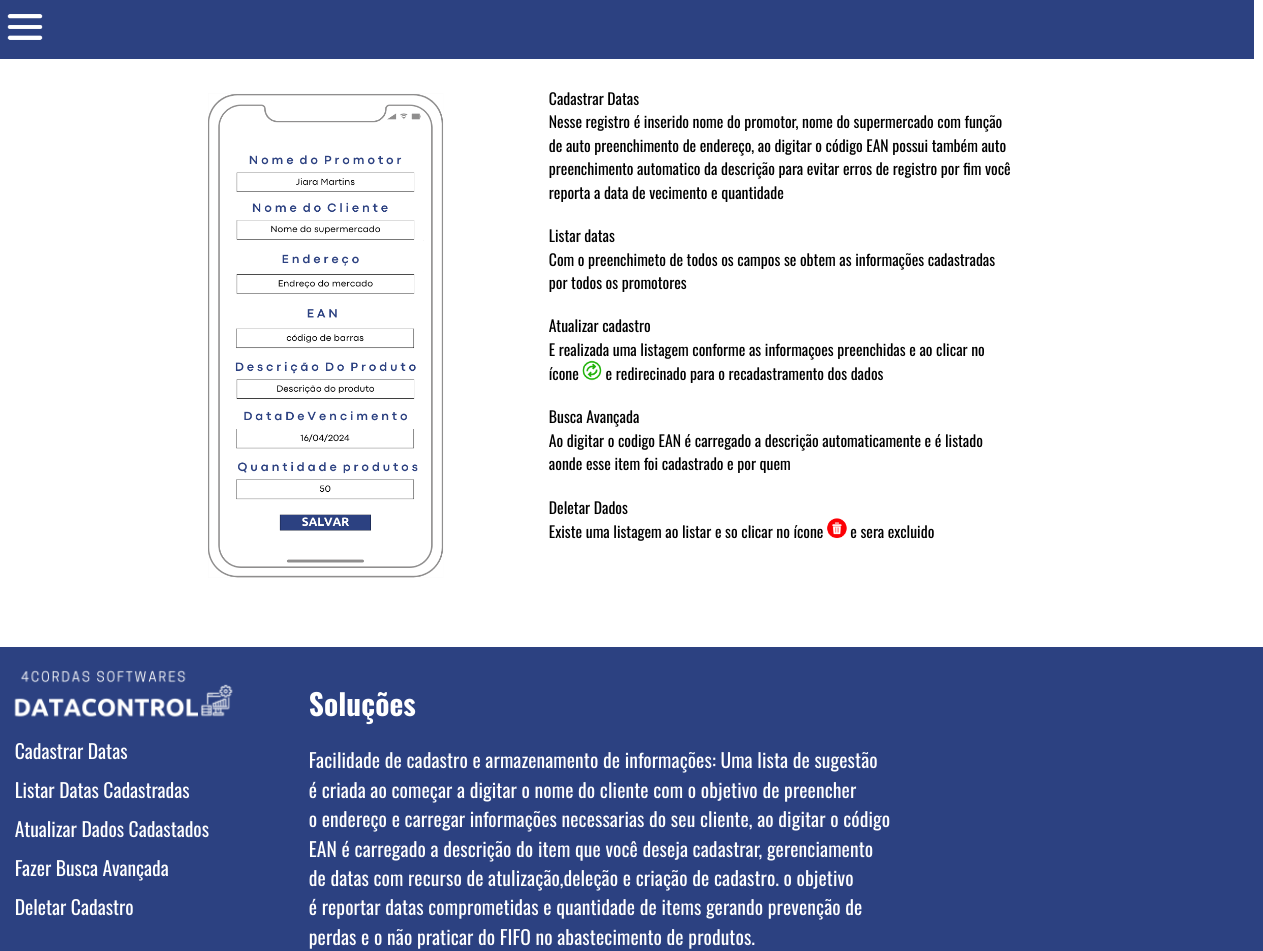
Repository: alfredo-allan/ControleDeDatasFrontEnd
Page: index.html
The author's editor kept a copy of each file at every save. The page is drawn from the files as they stood at one save, then again after the next save.
The browser window is 1280 px wide. The page is 1289 px wide, so the pictures cover 1289 px, including what lies to the right of the window. The pictures show the whole page, at 98% of full size.

Above is the page before, as saved 2024-04-30 14:41:06.
Console error: TypeError: Cannot read properties of null (reading 'addEventListener')

### index.html
<!DOCTYPE html>
<html lang="pt-BR">
  <head>
    <meta charset="UTF-8" />
    <meta name="viewport" content="width=device-width, initial-scale=1.0" />
    <link rel="stylesheet" href="./style/style.css" />
    <link rel="preconnect" href="https://fonts.googleapis.com" />
    <link rel="preconnect" href="https://fonts.gstatic.com" crossorigin />
    <link
      href="https://fonts.googleapis.com/css2?family=Oswald:wght@200..700&display=swap"
      rel="stylesheet"
    />
    <title>Controle de Datas</title>
  </head>
  <body>
    <div class="header">
      <div id="menu-icon">
        <img id="icon-menu" src="./images/barra-de-menu.png" alt="" />
      </div>
      <div id="titulo">
        <!-- <h1>Controle De Datas</h1> -->
      </div>
      <div id="menu-options">
        <ul>
          <!-- <img id="usuario" src="./images/usuario-exemplo.jpg" alt="" /> -->
          <a href="pages/cadastro.html"><li>Cadastrar Datas</li></a>
          <a href="pages/listagem.html"><li>Listar Datas</li></a>
          <a href="pages/atualizar.html"><li>Atualizar Cadastro</li></a>
          <a href="pages/buscaavancada.html"><li>Busca Avançada</li></a>
          <a href="pages/deletar.html"><li>Deletar Dados</li></a>
        </ul>
      </div>
    </div>
    <img id="instrucao" src="./images/CadastrarDatas.png" alt="">
    <div class="coluna">
    <ul>
      <span>Cadastrar Datas</span>
      <li>Nesse registro é inserido nome do promotor, nome do supermercado com função de auto preenchimento de endereço, ao digitar o código EAN possui também auto preenchimento automatico da descrição para evitar erros de registro por fim você reporta a data de vecimento e quantidade</li>
      <span>Listar datas</span>
      <li>Com o preenchimeto de todos os campos se  obtem as informações cadastradas por todos os promotores</li>
      <span>Atualizar cadastro</span>
      <li>E realizada uma listagem conforme as informaçoes preenchidas e ao clicar no ícone <img src="./images/repetir.png" alt=""> e redirecinado para o recadastramento dos dados</li>
      <span>Busca Avançada</span>
      <li>Ao digitar o codigo EAN é carregado a descrição automaticamente e é listado aonde esse item foi cadastrado e por quem</li>
      <span>Deletar Dados</span>
      <li>Existe uma listagem ao listar e so clicar no ícone <img src="./images/excluir.png" alt=""> e sera excluido</li>
    </ul>
    </div>
    </div>
    <div class="footer">
      <div id="mapa" class="col-sm-6">
        <img id="tootext" src="./images/data.png" alt="" />
        <ul id="mapadosite">
          <a href="./pages/cadastro.html"><li>Cadastrar Datas</li></a>
          <a href="./pages/listagem.html"><li>Listar Datas Cadastradas</li></a>
          <a href="./pages/atualizar.html"
            ><li>Atualizar Dados Cadastados</li></a
          >
          <a href="./pages/buscaavancada.html"><li>Fazer Busca Avançada</li></a>
          <a href="./pages/deletar.html"><li>Deletar Cadastro</li></a>
        </ul>
      </div>
      <div id="solucao" class="col-sm-6">
        <span>Soluções</span>
        <p>
          Facilidade de cadastro e armazenamento de informações: Uma lista de
          sugestão <br />
          é criada ao começar a digitar o nome do cliente com o objetivo de
          preencher <br />
          o endereço e carregar informações necessarias do seu cliente, ao
          digitar o código <br />
          EAN é carregado a descrição do item que você deseja cadastrar,
          gerenciamento <br />
          de datas com recurso de atulização,deleção e criação de cadastro. o
          objetivo <br />
          é reportar datas comprometidas e quantidade de items gerando prevenção
          de <br />
          perdas e o não praticar do FIFO no abastecimento de produtos.
        </p>
      </div>
    </div>
  </body>
  <script src="./js/script.js"></script>
</html>

### style/style.css
:root {
  --cor-azul: rgb(44, 65, 129);
  --oswald-font: "Oswald", sans-serif;
  --luthier-font: "Luthier";
}

body {
  font-family: var(--oswald-font);
}

@font-face {
  font-family: "Luthier";
  src: url("../fonts/LuthierFF/Luthier-Regular.ttf") format("truetype");
  /* Adicione mais formatos (e.g. woff, woff2) conforme necessário */
}

#titulo h1 {
  font-family: var(--luthier-font);
  letter-spacing: 3px;
  font-weight: 900;
  color: white;
  margin-top: -30px;
  margin-left: 55px;
}

.column {
  display: flex;
  flex-direction: column;
  align-items: center;
  padding: 10px 20px 15px 15px;
  border: 1px solid #ccc;
  border-radius: 5px;
  width: 300px;
  margin: 0 auto;
  span {
    font-weight: 900;
    font-family: var(--luthier-font);
    letter-spacing: 3px;
    margin-bottom: 10px;
    color: var(--cor-azul);
  }
}

#logo img {
  margin-top: 200px;
  width: 250px;
  margin-left: 50px;
}

#logo {
  h1 {
    text-align: center;
    text-wrap: nowrap;
    font-size: 25px;
    font-family: var(--oswald-font);
    font-weight: 900;
    letter-spacing: 2px;
    color: var(--cor-azul);
  }
}

#form {
  margin-top: 80px;
}

input {
  margin-bottom: 5px;
  padding: 5px;
  width: 100%;
  box-sizing: border-box;
  font-weight: 600;
  margin-bottom: 10px;
}

input::placeholder {
  text-align: center;
  color: gray;
  font-family: var(--oswald-font);
  font-weight: 400;
}

input:focus {
  outline-color: var(--cor-azul); /* Altere a cor aqui */
}

.header {
  position: fixed;
  top: 0;
  left: 0;
  width: 100%;
  height: 60px;
  background-color: var(--cor-azul);
}

#icon-menu {
  width: 35px;
  margin-top: 10px;
  z-index: 1;
  margin-left: 8px;
  cursor: pointer;
}

#menu-options ul {
  list-style: none;
  padding: 0;
  margin-left: 5px;
  font-size: 20px;
  font-weight: 500;
  text-wrap: nowrap;
  font-family: var(--oswald-font);
  z-index: 999;
}

#menu-options ul li {
  padding: 10px;
  letter-spacing: 2px;
  cursor: pointer;
  z-index: 999;
}

a {
  text-decoration: none; /* Remove sublinhado */
  color: inherit; /* Mantém a cor padrão do texto */
  /* Adicione quaisquer outros estilos desejados para o link */
}

#menu-options {
  display: none;
  position: absolute;
  top: 0;
  left: 0;
  margin-top: 60px;
  width: 55%;
  height: 41vh;
  border-bottom-right-radius: 15px;
  background-color: var(--cor-azul);
  color: white;
  font-family: var(--oswald-font);
  font-weight: 900;
  z-index: 999;
}

button {
  text-align: center;
  width: 110px;
  height: 30px;
  padding: 6px 30px;
  background-color: rgba(44, 65, 129, 0.897);
  border-radius: 5px;
  color: white;
  border: none;
  border-radius: 5px;
  cursor: pointer;
  font-family: var(--oswald-font);
}

button:focus {
  outline: 2px solid var(--cor-azul);
}

.footer {
  width: 102%;
  position: relative;
  margin-top: 5%;
  margin-left: -8px;
  margin-bottom: -20px;
  background-color: var(--cor-azul);
}

.footer img {
  width: 300px;
  height: 60px;
  margin-top: 2px;
  cursor: pointer;
  margin-left: 10px;
}

#autocomplete-list-id {
  background-color: #f1f1f1;
  border: 1px solid #d4d4d4;
  color: var(--cor-azul);
  border-top: none;
  max-height: 200px;
  overflow-y: auto;
  position: absolute;
  /* z-index: 999; */
  margin-top: -10px;
  margin-left: 60px;
}

.autocomplete-items div {
  padding: 10px;
  cursor: pointer;
  background-color: #fff;
  border-bottom: 1px solid #d4d4d4;
}

.autocomplete-items div:hover {
  background-color: #e9e9e9;
}

.autocomplete-items div strong {
  font-weight: bold;
}

#data-list {
  margin: 0 auto;
  left: 50%;
  transform: translateX(-50%);
  margin: 0 auto;
  left: 50%;
  top: 60%;
  transform: translate(-50%, -50%);
  /* border: 1px solid var(--cor-azul); */
  color: var(--cor-azul);
  border-radius: 5px;
  max-height: 330px;
  overflow-y: auto;
  position: absolute;
  z-index: -1;
  margin-top: 110px;
  margin-left: 0px;
  width: 336px;
  list-style: none;
  .name {
    font-family: var(--oswald-font);
    font-weight: 900;
    font-size: 17px;
  }
  .item {
    font-family: var(--oswald-font);
    font-weight: 500;
    font-size: 15;
    color: rgb(0, 0, 0);
  }
}

/* #promotor {
  line-height: 60px;
} */

#data-list {
  /* Estilos do elemento #data-list */
  /* Defina outras propriedades conforme necessário */

  scrollbar-color: var(--cor-azul) var(--cor-azul); /* Cor da barra de rolagem e do fundo da barra */
}

#data-list::-webkit-scrollbar {
  width: 10px; /* Largura da barra de rolagem */
}

#data-list::-webkit-scrollbar-thumb {
  background-color: white; /* Cor da barra de rolagem */
  border-radius: 5px; /* Raio de borda da barra de rolagem */
}

#texto-descritivo {
  text-align: justify;
  margin-top: 200px;
  position: fixed;
  font-family: var(--luthier-font);
  letter-spacing: 3px;
  line-height: 2;
  margin-right: 8px;
  font-weight: 900;
  color: var(--cor-azul);
}

#del {
  width: 25px;
  margin: -4px;
  margin-left: 20px;
}

#atualizar {
  width: 25px;
  margin: -5px;
  margin-left: 20px;
}

.video {
  width: 100%;
  height: 100vh; /* Altura ocupando toda a tela */
}

.video video {
  position: fixed;
  top: 0;
  left: 0;
  width: 100%;
  height: 20%;
  object-fit: cover;
  margin-top: 52px;
}

.modal {
  display: none; /* Escondido por padrão */
  position: fixed;
  z-index: 1;
  left: 0;
  top: 0;
  width: 100%;
  height: 100%;
  overflow: auto;
  background-color: rgba(0, 0, 0, 0.4);
}

.modal-content {
  background-color: #fefefe;
  margin: 15% auto;
  padding: 20px;
  border: 2px solid #888;
  width: 80%;
  border-radius: 10px;
  p {
    text-align: center;
    font-family: var(--luthier-font);
    letter-spacing: 3px;
    font-weight: 600;
    color: var(--cor-azul);
  }
}

.close {
  color: #aaa;
  float: right;
  font-size: 28px;
  font-weight: bold;
}

.close:hover,
.close:focus {
  color: black;
  text-decoration: none;
  cursor: pointer;
}

#modalbtn {
  text-align: center;
}

#confirmButton {
  margin-right: 5px;
}

#tootext {
  margin-left: -40px;
  margin-top: 20px;
}

#mapadosite {
  font-family: var(--oswald-font);
  list-style: none;
  margin-top: 0px;
  line-height: 40px;
  text-align: left;
  margin-left: -25px;
  color: white;
  font-size: 20px;
}

#mapa {
  text-align: left;
}

#solucao {
  margin-top: -270px;
  margin-left: 315px;
  font-family: var(--oswald-font);
  letter-spacing: 0.1px;
  color: white;
  span {
    font-size: 30px;
    font-weight: 900;
  }
  p {
    font-size: 20px;
    text-align: left;
  }
}

@media (min-width: 310px) and (max-width: 580px) {
  #solucao {
    margin-top: -10px;
    margin-left: -200px;
    text-align: center;
  }
}

@media (min-width: 310px) and (max-width: 580px) {
  #solucao span {
    margin-left: -30px;
  }
}

@media (min-width: 310px) and (max-width: 580px) {
  #solucao p {
    font-size: 20px;
    text-align: left;
    margin-left: 215px;
  }
}

@media (min-width: 310px) and (max-width: 580px) {
  .footer {
    margin-top: 20%;
    position: absolute;
    margin-left: -8px;
    width: 100%;
    margin-bottom: 0px;
  }
}

.footer_pg {
  position: fixed;
  left: 0;
  bottom: 0;
  width: 100%;
  height: 60px;
  background-color: var(--cor-azul);
}

@media (min-width: 310px) and (max-width: 580px) {
  .footer_pg img {
    margin-left: auto;
    margin-right: auto;
    display: block;
  }
}

#instrucao {
  margin-top: 80px;
  width: 250px;
  margin-left: 200px;
}

@media (min-width: 500px) and (max-width: 1200px) {
  #instrucao {
    margin-left: 20px;
  }
}

.coluna {
  display: flex;
  flex-direction: column;
  justify-content: center;
  margin-left: 40%;
  margin-top: -41%;
  width: 40%;
  position: fixed;
  li {
    list-style: none;
    margin-bottom: 20px;
  }
  span {
    margin-bottom: 10;
  }
  img {
    width: 20px;
  }
}

### js/script.js
document.addEventListener("DOMContentLoaded", function () {
  carregarDados();

  document
    .getElementById("data-vencimento")
    .addEventListener("input", formatarData);

  document.getElementById("ean").addEventListener("input", function () {
    var eanSelecionado = document.getElementById("ean").value;
    preencherDescricaoPorEAN(eanSelecionado);
  });
});

function formatarData() {
  let inputData = document.getElementById("data-vencimento").value;

  let dataFormatada = inputData.replace(/^(\d{2})(\d{2})(\d{2})$/, "$1/$2/$3");

  document.getElementById("data-vencimento").value = dataFormatada;
}

function preencherDescricaoPorEAN(ean) {
  fetch("../frutap.json")
    .then((response) => response.json())
    .then((data) => {
      const mercados = data.mercados;

      for (let mercado of mercados) {
        const produto = mercado.produtos.find(
          (produto) => produto.codigoEAN === ean
        );
        if (produto) {
          document.getElementById("descricao-produto").value =
            produto.descricao;
          return; // Encerra o loop assim que encontrar o produto correspondente
        }
      }

      // Se não encontrou nenhum produto com o código EAN correspondente
      document.getElementById("descricao-produto").value =
        "Produto não encontrado";
    })
    .catch((error) => {
      console.error("Erro ao carregar os dados do arquivo JSON:", error);
    });
}

function carregarDados() {
  fetch("../frutap.json")
    .then((response) => {
      if (response.ok) {
        return response.json();
      } else {
        throw new Error("Erro ao carregar os dados");
      }
    })
    .then((data) => {
      if (data && data.mercados) {
        const mercados = data.mercados.map((mercado) => mercado.nome);
        const codigosEAN = data.mercados.map((mercado) => mercado.codigoEAN);
        const enderecos = data.mercados.map((mercado) => mercado.endereco);

        autocomplete(document.getElementById("nome-cliente"), mercados, data);
        autocomplete(document.getElementById("ean"), codigosEAN);
        autocomplete(
          document.getElementById("endereco-cliente"),
          enderecos,
          data
        );
      } else {
        console.error("Formato de dados inválido");
      }
    })
    .catch((error) => {
      console.error("Erro ao carregar os dados do arquivo JSON:", error);
    });
}
function autocomplete(inp, arr, data) {
  var currentFocus;

  inp.addEventListener("input", function (e) {
    var a,
      b,
      i,
      val = this.value;
    closeAllLists();
    if (!val) {
      return false;
    }
    currentFocus = -1;
    a = document.createElement("DIV");
    a.setAttribute("id", "autocomplete-list-id");
    a.setAttribute("class", "autocomplete-items");
    this.parentNode.appendChild(a);
    for (i = 0; i < arr.length; i++) {
      if (
        arr[i] &&
        arr[i].substr(0, val.length).toUpperCase() == val.toUpperCase()
      ) {
        b = document.createElement("DIV");
        b.innerHTML = "<strong>" + arr[i].substr(0, val.length) + "</strong>";
        b.innerHTML += arr[i].substr(val.length);
        b.innerHTML += "<input type='hidden' value='" + arr[i] + "'>";
        b.addEventListener("click", function (e) {
          inp.value = this.getElementsByTagName("input")[0].value;
          closeAllLists();
          // Preencher o campo de Endereço do mercado ao selecionar o nome do mercado
          var selectedMarket = this.getElementsByTagName("input")[0].value;
          var mercadoSelecionado = data.mercados.find(
            (mercado) => mercado.nome === selectedMarket
          );
          if (mercadoSelecionado) {
            var enderecoCompleto =
              mercadoSelecionado.endereco.rua +
              ", " +
              mercadoSelecionado.endereco.bairro +
              ", " +
              mercadoSelecionado.endereco.cidade +
              ", " +
              mercadoSelecionado.endereco.estado;
            document.getElementById("endereco-cliente").value =
              enderecoCompleto;
          }
        });
        a.appendChild(b);
      }
    }
  });

  function closeAllLists(elmnt) {
    var x = document.getElementsByClassName("autocomplete-items");
    for (var i = 0; i < x.length; i++) {
      if (elmnt != x[i] && elmnt != inp) {
        x[i].parentNode.removeChild(x[i]);
      }
    }
  }

  document.addEventListener("click", function (e) {
    closeAllLists(e.target);
  });
}

const menuIcon = document.getElementById("menu-icon");
const menuOptions = document.getElementById("menu-options");

menuIcon.addEventListener("click", function () {
  if (menuOptions.style.display === "none") {
    menuOptions.style.display = "block";
  } else {
    menuOptions.style.display = "none";
  }
});

document.getElementById("btn-salvar").addEventListener("click", function () {
  const nomePromotor = document.getElementById("nome-promotor").value;
  const nomeCliente = document.getElementById("nome-cliente").value;
  const enderecoCliente = document.getElementById("endereco-cliente").value;
  const ean = document.getElementById("ean").value;
  const descricaoProduto = document.getElementById("descricao-produto").value;
  const dataVencimento = document.getElementById("data-vencimento").value;
  const quantidadeProdutos = document.getElementById(
    "quantidade-produtos"
  ).value;

  fetch("https://v1controledatas.pythonanywhere.com/salvar-dados", {
    method: "POST",
    headers: {
      "Content-Type": "application/json",
    },
    body: JSON.stringify({
      nomePromotor: nomePromotor,
      nomeCliente: nomeCliente,
      enderecoCliente: enderecoCliente,
      ean: ean,
      descricaoProduto: descricaoProduto,
      dataVencimento: dataVencimento,
      quantidadeProdutos: quantidadeProdutos,
    }),
  })
    .then((response) => {
      if (response.ok) {
        // alert("Dados salvos com sucesso!");
      } else {
        throw new Error("Erro ao salvar os dados");
      }
    })
    .catch((error) => {
      console.error("Erro ao salvar os dados:", error);
    });
});

// Selecionando o botão de fechar e o modal

Loaded but not shown: frutap.json (455 lines, source omitted)

After the next save:
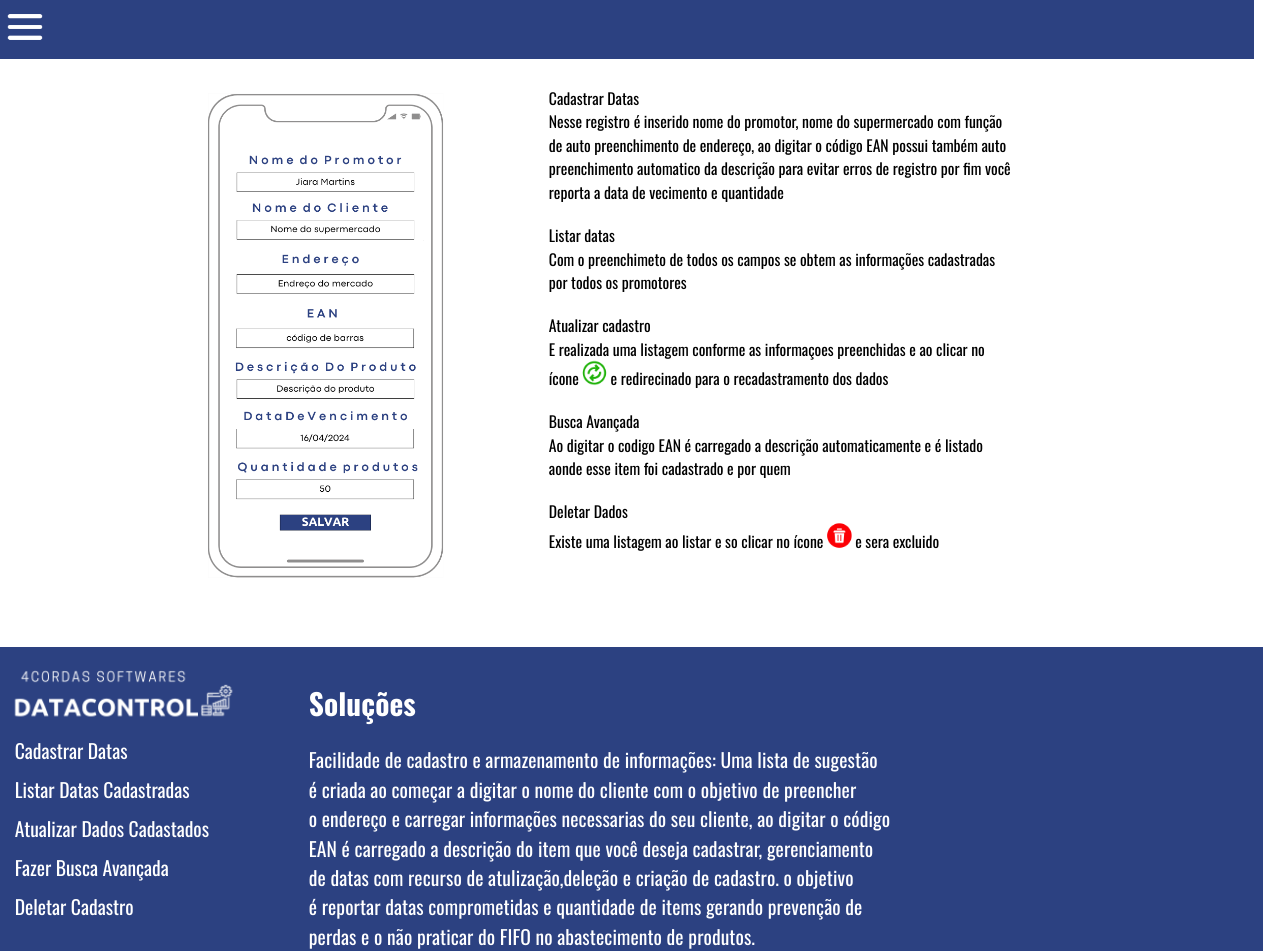
Saved 12 s later.
--- a/style/style.css
+++ b/style/style.css
@@ -457,6 +457,6 @@ button:focus {
     margin-bottom: 10;
   }
   img {
-    width: 20px;
-  }
-}
+    width: 25px;
+  }
+}
